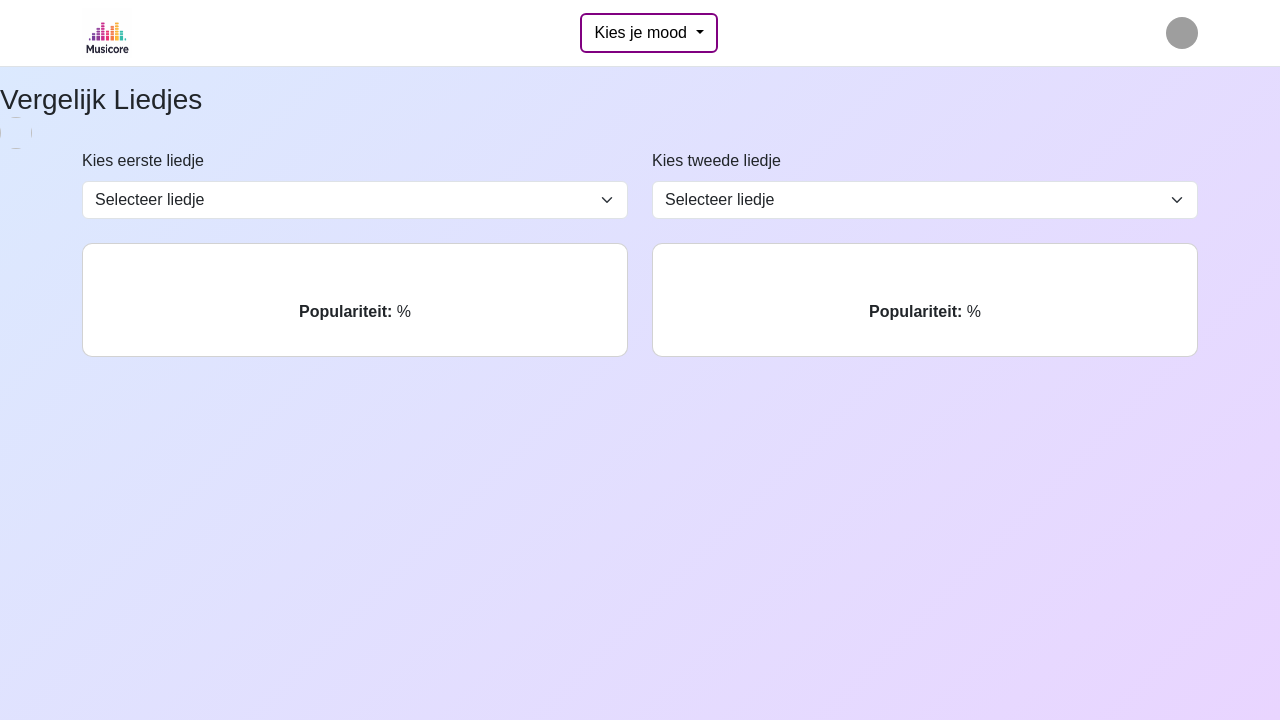
Repository: khadishat00/maskr
Page: maskr-frontend/compare.html
The author's editor kept a copy of each file at every save. The page is drawn from the files as they stood at one save, then again after the next save.
The browser window is 1280 px wide. The pictures show the whole page.
Pictures or frames that could not be fetched are drawn as grey boxes.

Above is the page before, as saved 2026-04-28 10:57:44.

### maskr-frontend/compare.html
<!DOCTYPE html>
<html lang="en">
<head>
    <meta charset="UTF-8">
    <meta name="viewport" content="width=device-width, initial-scale=1.0">

    <link href="https://cdn.jsdelivr.net/npm/bootstrap@5.3.3/dist/css/bootstrap.min.css" rel="stylesheet" />
    <script src="https://cdn.jsdelivr.net/npm/bootstrap@5.3.2/dist/js/bootstrap.bundle.min.js"></script>
    <link rel="stylesheet" href="css/general.css" />
    <script src="https://unpkg.com/lucide@latest"></script>
</head>
<header class="py-2 mb-3 border-bottom bg-white">
    <div
      class="container d-flex align-items-center justify-content-between"
    >
       <div class="logo">
       <a href="home.html"> <img src="assets/logo.png" alt="logo" width="50" height="50" /></a>
      </div>
      <div class="dropdown">
        <button
          class="btn dropdown-toggle"
          type="button"
          data-bs-toggle="dropdown"
          style="
            background-color: white;
            border: 2px solid purple;
            color: black;" >
          Kies je mood
        </button>
        <ul class="dropdown-menu">
          <li><a class="dropdown-item" href="#"> Blij</a></li>
          <li><a class="dropdown-item" href="#"> Moe</a></li>
          <li><a class="dropdown-item" href="#"> Gemotiveerd</a></li>
          <li><a class="dropdown-item" href="#"> Relaxed</a></li>
        </ul>
      </div>
      <div class="dropdown">
        <img
          src="https://images.pexels.com/photos/6985001/pexels-photo-6985001.jpeg"
          alt="profiel"
          width="32"
          height="32"
          class="rounded-circle dropdown-toggle"
          data-bs-toggle="dropdown"
          style="cursor: pointer"
        />

        <ul class="dropdown-menu dropdown-menu-end text-small shadow">
          <li><a class="dropdown-item" href="#">Profiel</a></li>  <!-- profile page nog aanmaken-->
          <li><hr class="dropdown-divider" /></li>
          <li><a class="dropdown-item" href="index.html">Afmelden</a></li>
        </ul>
      </div>
    </div>
  </header>
<body>
         <h3 class="mb-0">Vergelijk Liedjes</h3>

        <div class="dropdown">
            <img
                width="32"
                height="32"
                class="rounded-circle dropdown-toggle"
                data-bs-toggle="dropdown"
                style="cursor: pointer"
            />

            <ul class="dropdown-menu dropdown-menu-end text-small shadow">
                <li><a class="dropdown-item" href="#">Profiel</a></li>
                <li><hr class="dropdown-divider" /></li>
                <li><a class="dropdown-item" href="index.html">Afmelden</a></li>
            </ul>
        </div>
    </div>
</header>

<div class="container">

    <!-- dropdowns -->
    <div class="row mb-4">
        <div class="col-md-6">
            <label class="form-label">Kies eerste liedje</label>
            <select id="song1" class="form-select">
                <option value="">Selecteer liedje</option>
            </select>
        </div>

        <div class="col-md-6">
            <label class="form-label">Kies tweede liedje</label>
            <select id="song2" class="form-select">
                <option value="">Selecteer liedje</option>
            </select>
        </div>
    </div>

    <!-- vergelijking -->
    <div class="row g-4" id="compareResult">

        <div class="col-md-6">
            <div class="card p-3 text-center">
                <img id="cover1" class="img-fluid rounded mb-3" style="max-height:300px; object-fit:cover;">
                <h4 id="title1"></h4>
                <p id="artist1"></p>
                <p><strong>Populariteit:</strong> <span id="pop1"></span>%</p>
            </div>
        </div>

        <div class="col-md-6">
            <div class="card p-3 text-center">
                <img id="cover2" class="img-fluid rounded mb-3" style="max-height:300px; object-fit:cover;">
                <h4 id="title2"></h4>
                <p id="artist2"></p>
                <p><strong>Populariteit:</strong> <span id="pop2"></span>%</p>
            </div>
        </div>

    </div>
</div>

<script src="compare.js"></script>

</body>
</html>

### maskr-frontend/css/general.css
body {
  min-height: 100vh;
  background: linear-gradient(135deg, #dbeafe, #e9d5ff) !important;
  font-family: sans-serif;
}

.card {
  border-radius: 10px;
  overflow: hidden;
  transition: transform 0.2s ease;
}

.card:hover {
  transform: scale(1.03);
}

.card-img-top {
  height: 200px;
  object-fit: cover;
}

.btn-dark:hover {
  background-color: #6b21a8;
}

.text-purple-900 {
  color: #6b21a8;
}

.text-purple-700 {
  color: #7c3aed;
}

.text-primary {
  color: #6b21a8 !important;
}

.search-wrapper {
  display: flex;
  align-items: center;
  background: white;
  border-radius: 14px;
  padding: 10px;
  position: relative;
}

.search-icon {
  position: absolute;
  left: 18px;
  width: 20px;
  height: 20px;
}

.custom-input {
  border: none;
  padding-left: 45px;
  height: 50px;
}

.custom-input:focus {
  box-shadow: none;
}

.btn-search {
  border-radius: 10px;
  padding: 10px 25px;
}

.action-card {
  border-radius: 14px;
  cursor: pointer;
  transition: all 0.2s ease;
}

.action-card:hover {
  transform: translateY(-4px);
  box-shadow: 0 10px 25px rgba(0, 0, 0, 0.1);
}

.icon-box {
  width: 56px;
  height: 56px;
  border-radius: 12px;
  display: flex;
  align-items: center;
  justify-content: center;
}

.gradient-blue {
  background: linear-gradient(135deg, #3b82f6, #06b6d4);
}

.gradient-orange {
  background: linear-gradient(135deg, #f59e0b, #f97316);
}

.song-of-the-week {
  border-radius: 14px;
  background: linear-gradient(135deg, #f3e8ff, #fce7f3);
}

.song-week-img {
  width: 110px;
  height: 110px;
  border-radius: 10px;
  object-fit: cover;
}

.song-card {
  border-radius: 14px;
  cursor: pointer;
  transition: all 0.2s;
}

.song-card:hover {
  transform: translateY(-4px);
  box-shadow: 0 8px 20px rgba(0, 0, 0, 0.1);
}

.song-img {
  width: 100%;
  aspect-ratio: 1/1;
  object-fit: cover;
  border-radius: 10px;
}

.song-title {
  font-weight: 600;
  font-size: 0.9rem;
  margin-top: 8px;
}

.song-artist {
  font-size: 0.8rem;
  color: #6b21a8;
}
.popularity-bar {
  height: 6px;
  background: #e5e7eb;
  border-radius: 10px;
  margin-top: 6px;
}

.popularity-fill {
  height: 6px;
  background: #9333ea;
  border-radius: 10px;
}
.action-card {
    cursor: pointer;
    transition: transform 0.2s ease;
}

.action-card:hover {
    transform: translateY(-5px);
}
.song-page{
  min-height:100vh;
}

.back-link{
  color:#000;
   text-decoration:none;
  font-weight:500;
  font-size:0.95rem;
}

.back-link:hover{
  color: blueviolet;
}

.song-cover{
  width:200px;
  border-radius:14px;
  object-fit:cover;
  box-shadow:0 10px 25px rgba(0,0,0,0.1);
}

.song-title-large{
  font-size:2rem;
  font-weight:700;
}

.song-artist-large{
  font-size:1.1rem;
  color:#6b21a8;
}

.song-album{
  font-size:0.9rem;
}

.song-buttons .btn{
  border-radius:10px;
  padding:8px 18px;
}

.audio-card{
  background:white;
  border-radius:14px;
  padding:30px;
  margin-top:40px;
  box-shadow:0 10px 25px rgba(0,0,0,0.08);
}

.feature{
  border-left:4px solid #9333ea;
  padding-left:14px;
}

.feature h6{
  color:#9333ea;
  font-size:0.85rem;
  margin-bottom:5px;
}

.feature-value{
  font-size:1.4rem;
  font-weight:700;
}

.feature p{
  font-size:0.8rem;
  color:#000;
}

 /* collectie pagina */

.search{
    padding: 10px;
    float: left;
    width: 20%;
    border: none;
    cursor: pointer;
}

/*  guessthesong */



.game-container {
  width: 300px;
  border: 1px solid white;
  padding: 50px;
  margin: 30px;
  display: flex;
  flex-direction: column;
  align-items: center;
  justify-content: center;
  padding-bottom: 50px;
  border-style: solid;
  background-color: white;
  border-color: #f2f2f2;
  border-radius: 9px;
}
.spelen{
    gap: 20px;
}
.musicnote{

    text-align: left;
    width: 100%;
    padding: 10px;
}
 button, .musicnote {
    display: flex;
    align-items: center;
    gap: 6px;
}

.spelen img{
    width: 80%;
    border-radius: 6px;
}
.afspelen {
    gap: 10px;

}
.afspelen button{
    color: white;
    background-color: black;
    border-radius: 4px;
    border: none;
    gap: 20px;

}
.button1{
    display: flex;
    background-color: white;
    cursor: pointer;
    padding: 10px;
    border: none;
    border-radius: 8px;
    font-size: 10px;

}

.liedje{
    padding: 15px;
    align-items: start;
    font-size: 12px;
}
.hoe {
    color: blue;
    border-style: solid;
    background-color: rgb(138, 134, 169);
    padding-bottom: 55px;
    font-size: 10px;
    align-items: start;
    padding: 15px;
}

### maskr-frontend/js/compare.js
// compare.js

const songs = [
{
title:"Blinding Lights",
artist:"The Weeknd",
popularity:95,
cover:"https://images.unsplash.com/photo-1470225620780-dba8ba36b745?w=300"
},
{
title:"Shape of You",
artist:"Ed Sheeran",
popularity:92,
cover:"https://images.unsplash.com/photo-1511671782779-c97d3d27a1d4?w=300"
},
{
title:"STAY",
artist:"The Kid LAROI",
popularity:91,
cover:"https://images.unsplash.com/photo-1493225457124-a3eb161ffa5f?w=300"
},
{
title:"Watermelon Sugar",
artist:"Harry Styles",
popularity:90,
cover:"https://images.unsplash.com/photo-1507874457470-272b3c8d8ee2?w=300"
},
{
title:"Heat Waves",
artist:"Glass Animals",
popularity:89,
cover:"https://images.unsplash.com/photo-1501386761578-eac5c94b800a?w=300"
},
{
title:"Levitating",
artist:"Dua Lipa",
popularity:88,
cover:"https://images.unsplash.com/photo-1518972559570-7cc1309f3229?w=300"
}
];

const select1 = document.getElementById("song1");
const select2 = document.getElementById("song2");

// dropdown vullen
songs.forEach(song => {
    const option1 = document.createElement("option");
    option1.value = song.title;
    option1.textContent = `${song.title} - ${song.artist}`;
    select1.appendChild(option1);

    const option2 = document.createElement("option");
    option2.value = song.title;
    option2.textContent = `${song.title} - ${song.artist}`;
    select2.appendChild(option2);
});

function updateComparison() {
    const songA = songs.find(s => s.title === select1.value);
    const songB = songs.find(s => s.title === select2.value);

    if (songA) {
        document.getElementById("cover1").src = songA.cover;
        document.getElementById("title1").textContent = songA.title;
        document.getElementById("artist1").textContent = songA.artist;
        document.getElementById("pop1").textContent = songA.popularity;
    }

    if (songB) {
        document.getElementById("cover2").src = songB.cover;
        document.getElementById("title2").textContent = songB.title;
        document.getElementById("artist2").textContent = songB.artist;
        document.getElementById("pop2").textContent = songB.popularity;
    }
}

select1.addEventListener("change", updateComparison);
select2.addEventListener("change", updateComparison);

After the next save:
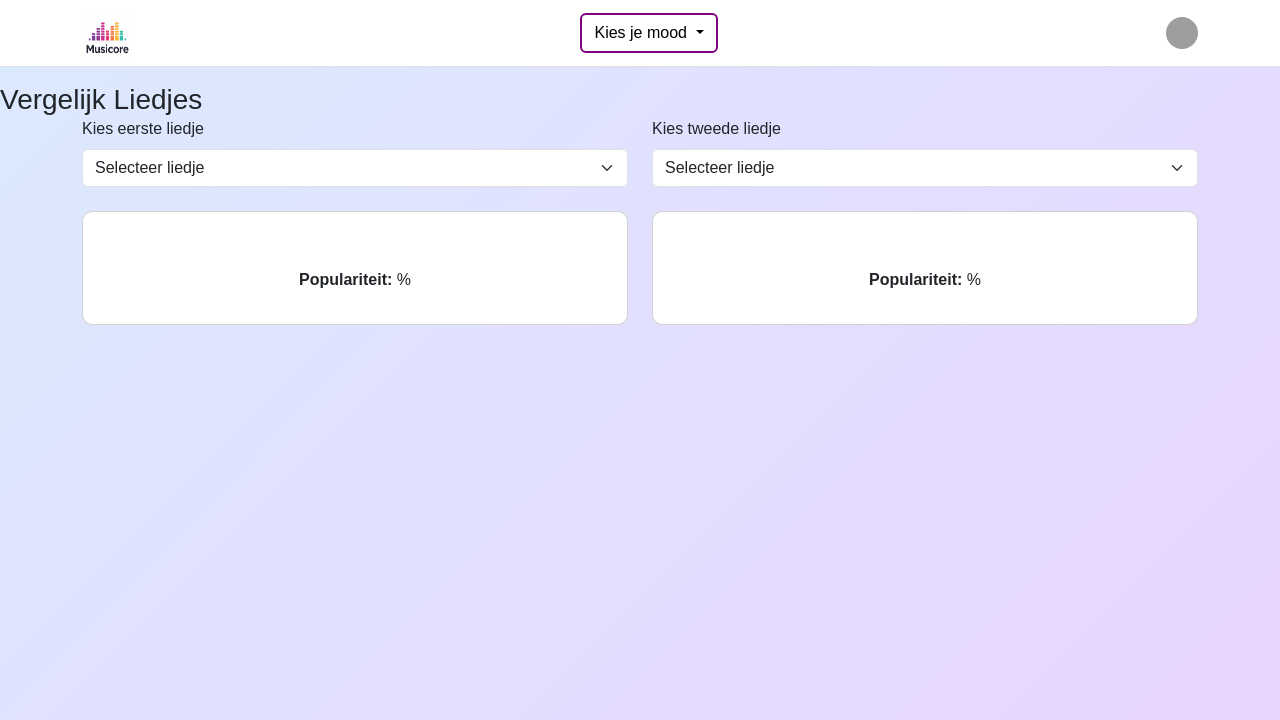
Saved 4 s later.
--- a/maskr-frontend/compare.html
+++ b/maskr-frontend/compare.html
@@ -57,15 +57,7 @@
          <h3 class="mb-0">Vergelijk Liedjes</h3>
 
         <div class="dropdown">
-            <img
-                width="32"
-                height="32"
-                class="rounded-circle dropdown-toggle"
-                data-bs-toggle="dropdown"
-                style="cursor: pointer"
-            />
-
-            <ul class="dropdown-menu dropdown-menu-end text-small shadow">
+                        <ul class="dropdown-menu dropdown-menu-end text-small shadow">
                 <li><a class="dropdown-item" href="#">Profiel</a></li>
                 <li><hr class="dropdown-divider" /></li>
                 <li><a class="dropdown-item" href="index.html">Afmelden</a></li>
